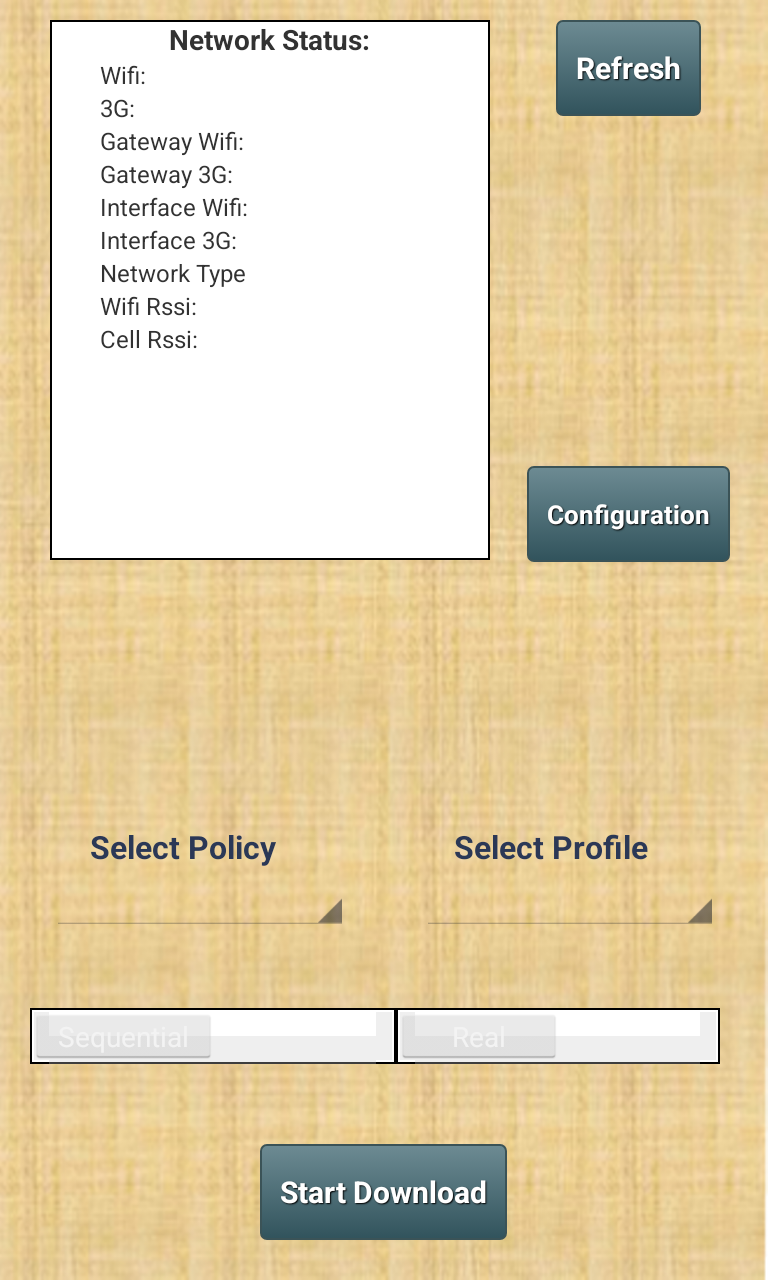
Repository: nncsang/Java-DynamicOffloading
Layout: Wifi3GProject/Wifi3GProject/res/layout/activity_main_2.xml
An editor plug-in stored every save of this project. The layout is shown before and after the next save, followed by the edit.
It is drawn on a 768 x 1280 px phone screen (xhdpi) without system bars, with theme AppTheme; the app's code is not run. The app's manifest (not shown) leaves right-to-left support off. So textAlignment, textDirection and layoutDirection are ignored, and left and right values win over start and end ones.

Above is the layout before, as saved 2016-02-04 08:44:28.

### Wifi3GProject/Wifi3GProject/res/layout/activity_main_2.xml
<LinearLayout xmlns:android="http://schemas.android.com/apk/res/android"
    xmlns:tools="http://schemas.android.com/tools"
    android:layout_width="match_parent"
    android:layout_height="match_parent"
    android:background="@drawable/image_5"
    android:orientation="vertical"
    tools:context="fr.eurecom.wifi3gproject.MainActivity" >

    <LinearLayout
        android:layout_width="match_parent"
        android:layout_height="wrap_content"
        android:layout_weight="1.5"
        android:orientation="horizontal" >

        <LinearLayout
            android:layout_width="220dp"
            android:layout_height="270dp"
            android:layout_marginTop="10dp"
            android:layout_marginLeft="25dp"
            android:background="@drawable/borders"
            android:orientation="vertical" >

            <TextView
                android:id="@+id/InfoStatusNetwork"
                android:layout_width="wrap_content"
                android:layout_height="wrap_content"
                android:layout_gravity="center_horizontal"
                android:text="@string/NetworkStatus"
                android:textStyle="bold" />

            <TextView
                android:id="@+id/textViewWifiIP"
                android:layout_width="wrap_content"
                android:layout_height="wrap_content"
                android:text="@string/Wifi"
                android:layout_marginLeft="25dp"
                android:textSize="12sp" />

            <TextView
                android:id="@+id/textView3GIP"
                android:layout_width="wrap_content"
                android:layout_height="wrap_content"
                android:text="@string/Cellular"
                android:layout_marginLeft="25dp"
                android:textSize="12sp" />

            <TextView
                android:id="@+id/textViewGatewayWifiIP"
                android:layout_width="wrap_content"
                android:layout_height="wrap_content"
                android:text="@string/GatewayWifi"
                android:layout_marginLeft="25dp"
                android:textSize="12sp" />

            <TextView
                android:id="@+id/TextViewGateway3GIP"
                android:layout_width="wrap_content"
                android:layout_height="wrap_content"
                android:text="@string/Gateway3G"
                android:layout_marginLeft="25dp"
                android:textSize="12sp" />

            <TextView
                android:id="@+id/TextViewInterfaceWifi"
                android:layout_width="wrap_content"
                android:layout_height="wrap_content"
                android:text="@string/InterfaceWifi"
                android:layout_marginLeft="25dp"
                android:textSize="12sp" />

            <TextView
                android:id="@+id/TextViewInterface3G"
                android:layout_width="wrap_content"
                android:layout_height="wrap_content"
                android:text="@string/Interface3G"
                android:layout_marginLeft="25dp"
                android:textSize="12sp" />

            <TextView
                android:id="@+id/TextViewNetworkType"
                android:layout_width="wrap_content"
                android:layout_height="wrap_content"
                android:text="@string/NetworkType"
                android:layout_marginLeft="25dp"
                android:textSize="12sp" />

            <TextView
                android:id="@+id/rssiWifi"
                android:layout_width="wrap_content"
                android:layout_height="wrap_content"
                android:text="@string/SignalStrengthWifi"
                android:layout_marginLeft="25dp"
                android:textSize="12sp" />

            <TextView
                android:id="@+id/rssiCell"
                android:layout_width="wrap_content"
                android:layout_height="wrap_content"
                android:text="@string/SignalStrengthCell"
                android:layout_marginLeft="25dp"
                android:textSize="12sp" />

        </LinearLayout>

        <LinearLayout
            android:layout_width="match_parent"
            android:layout_height="match_parent"
            android:orientation="vertical" >

            <Button
                android:id="@+id/Refresh"
                style="@style/btnStyle"
                android:layout_width="wrap_content"
                android:layout_height="wrap_content"
                android:layout_gravity="center_horizontal"
                android:layout_marginTop="10dp"
                android:text="Refresh" />

            <TextView
                android:id="@+id/arrivalRate"
                android:layout_width="wrap_content"
                android:layout_height="wrap_content"
                android:layout_marginLeft="25dp"
                android:layout_marginTop="8dp"
                android:text="Arrival Rate (λ)"
                android:textColor="#2B3856"
                android:textSize="13sp"
                android:textStyle="bold"
                android:typeface="sans"
                android:visibility="invisible" />

            <EditText
                android:id="@+id/editArrivalRate"
                android:layout_width="100dp"
                android:layout_height="25dp"
                android:layout_gravity="center_horizontal"
                android:layout_marginTop="4dp"
                android:background="@drawable/borders2"
                android:gravity="center_horizontal|center_vertical"
                android:inputType="numberDecimal"
                android:textSize="15sp"
                android:visibility="invisible" />

            <TextView
                android:id="@+id/wifiOnDuration"
                android:layout_width="wrap_content"
                android:layout_height="wrap_content"
                android:layout_marginLeft="18dp"
                android:layout_marginTop="8dp"
                android:text="Wifi On Duration (s)"
                android:textColor="#2B3856"
                android:textSize="13sp"
                android:textStyle="bold"
                android:typeface="sans"
                android:visibility="invisible" />

            <EditText
                android:id="@+id/editwifiOnDuration"
                android:layout_width="100dp"
                android:layout_height="25dp"
                android:layout_gravity="center_horizontal"
                android:layout_marginTop="4dp"
                android:background="@drawable/borders2"
                android:gravity="center_horizontal|center_vertical"
                android:inputType="numberDecimal"
                android:textSize="15sp"
                android:visibility="invisible" />

            <TextView
                android:id="@+id/wifiOffDuration"
                android:layout_width="wrap_content"
                android:layout_height="wrap_content"
                android:layout_marginLeft="18dp"
                android:layout_marginTop="8dp"
                android:text="Wifi Off Duration (s)"
                android:textColor="#2B3856"
                android:textSize="13sp"
                android:textStyle="bold"
                android:typeface="sans"
                android:visibility="invisible" />

            <EditText
                android:id="@+id/editwifiOffDuration"
                android:layout_width="100dp"
                android:layout_height="25dp"
                android:layout_gravity="center_horizontal"
                android:layout_marginTop="4dp"
                android:background="@drawable/borders2"
                android:gravity="center_horizontal|center_vertical"
                android:inputType="numberDecimal"
                android:textSize="15sp"
                android:visibility="invisible" />

            <Button
                android:id="@+id/configuration"
                style="@style/btnStyle"
                android:layout_width="wrap_content"
                android:layout_height="wrap_content"
                android:layout_gravity="center_horizontal"
                android:layout_marginTop="10dp"
                android:layout_marginBottom="10dp"
                android:onClick="SetConfigurationListener"
                android:text="Configuration"
                android:textSize="13sp"
                android:typeface="sans" />
        </LinearLayout>

    </LinearLayout>

    <LinearLayout
        android:layout_width="match_parent"
        android:layout_height="wrap_content"
        android:orientation="horizontal" >

        <TextView
            android:layout_width="wrap_content"
            android:layout_height="wrap_content"
            android:layout_marginLeft="45dp"
            android:text="Select Policy"
            android:typeface="sans"
            android:textSize="16sp"
            android:textColor="#2B3856"
            android:textStyle="bold" />

        <TextView
            android:layout_width="wrap_content"
            android:layout_height="wrap_content"
            android:layout_marginLeft="89dp"
            android:text="Select Profile"
            android:typeface="sans"
            android:textSize="16sp"
            android:textColor="#2B3856"
            android:textStyle="bold" />
    </LinearLayout>

    <LinearLayout
        android:layout_width="match_parent"
        android:layout_height="70dp"
        android:orientation="horizontal" >

        <Spinner
            android:id="@+id/spinner1"
            android:layout_width="150dp"
            android:layout_height="wrap_content"
            android:layout_marginLeft="25dp" />

        <Spinner
            android:id="@+id/spinner2"
            android:layout_width="150dp"
            android:layout_height="wrap_content"
            android:textAlignment="gravity"
            android:layout_marginLeft="35dp"/>
    </LinearLayout>

    <LinearLayout
        android:layout_width="wrap_content"
        android:layout_height="wrap_content" >

	    <Switch
	        android:id="@+id/switch1"
	        android:layout_width="wrap_content"
	        android:layout_height="wrap_content"
	        android:layout_marginTop="20dp"
	        android:layout_marginLeft="15dp"
	        android:layout_gravity="center_horizontal"
	        android:background="@drawable/borders"
	        android:textOff="Sequential"
	        android:textOn="Parallel" />
	    <Switch
	        android:id="@+id/switch2"
	        android:layout_width="wrap_content"
	        android:layout_height="wrap_content"
	        android:layout_marginTop="20dp"
	        android:layout_gravity="center_horizontal"
	        android:background="@drawable/borders"
	        android:textOff="Real"
	        android:textOn="Simulate" />
   	</LinearLayout>
    <Button
        android:id="@+id/StartDownload"
        style="@style/btnStyle"
        android:layout_width="wrap_content"
        android:layout_height="wrap_content"
        android:layout_marginTop="20dp"
        android:layout_marginBottom="20dp"
        android:layout_gravity="center_horizontal"
        android:text="Start Download" />

</LinearLayout>

### Wifi3GProject/Wifi3GProject/res/values/styles.xml
<resources xmlns:android="http://schemas.android.com/apk/res/android">

    <!--
        Base application theme, dependent on API level. This theme is replaced
        by AppBaseTheme from res/values-vXX/styles.xml on newer devices.
    -->
    <style name="AppBaseTheme" parent="android:Theme.Light">
        <!--
            Theme customizations available in newer API levels can go in
            res/values-vXX/styles.xml, while customizations related to
            backward-compatibility can go here.
        -->
    </style>

    <!-- Application theme. -->
    <style name="AppTheme" parent="AppBaseTheme">
        <!-- All customizations that are NOT specific to a particular API-level can go here. -->
    </style>



    <style name="btnStyle" parent="@android:style/Widget.Button">
       <item name="android:textSize">15sp</item>
       <item name="android:textStyle">bold</item>
       <item name="android:textColor">#FFFFFF</item>
       <item name="android:gravity">center</item>
       <item name="android:shadowColor">#000000</item>
       <item name="android:shadowDx">1</item>
       <item name="android:shadowDy">1</item>
       <item name="android:shadowRadius">0.6</item>
       <item name="android:background">@drawable/custom_btn</item>
       <item name="android:padding">10dip</item>
   </style>

    <style name="customtheme" parent="@android:style/Theme.Light">
        <item name="android:spinnerItemStyle">@style/SpinnerItem</item>
        <item name="android:spinnerDropDownItemStyle">@style/SpinnerDropDownItem</item>
    </style>
    <style name="SpinnerItem">
        <item name="android:textColor">#FFFFFF</item>
        <item name="android:background">@drawable/custom_btn</item>
    </style>
    <style name="SpinnerDropDownItem">
        <item name="android:textColor">#FFFFFF</item>
        <item name="android:background">@drawable/custom_btn</item>
    </style>


</resources>

### Wifi3GProject/Wifi3GProject/res/drawable-hdpi/borders.xml
<?xml version="1.0" encoding="utf-8"?>
 <layer-list xmlns:android="http://schemas.android.com/apk/res/android">
  <item>
    <shape android:shape="rectangle">
      <solid android:color="#000000" />
    </shape>
  </item>
    <item android:left="1dp" android:right="1dp"  android:top="1dp" android:bottom="1dp">
     <shape android:shape="rectangle">
      <solid android:color="#FFFFFF" />
    </shape>
   </item>
 </layer-list>

### Wifi3GProject/Wifi3GProject/res/values/strings.xml
<?xml version="1.0" encoding="utf-8"?>
<resources>

    <string name="app_name">Mobile Data Offloading</string>
    <string name="action_settings">Settings</string>
    <string name="DualMode">Dual Mode Wifi - Cell (ON/OFF)</string>
    <string name="DelayWifi">Delay Wifi</string>
    <string name="Parallel">Parallel</string>
    <string name="StartDownload">Start Download</string>
    <string name="StopDownload">Stop Download</string>
    <string name="Threshold_Policy">Selected Policy:</string>
    <string name="Warm_Up_Wifi">Wifi Warm-Up</string>
    <string name="Warm_Up_Cell">Cell Warm-Up</string>
    <string name="Only_Wifi">Wifi-only</string>
    <string name="Only_3G">Cell-only</string>
    <string name="fbalance">Flow Balance</string>
    <string name="Policy">TP</string>
    <string name="NetworkStatus">Network Status:</string>
    <string name="Wifi">Wifi:</string>
    <string name="Cellular">3G:</string>
    <string name="GatewayWifi">Gateway Wifi:</string>
    <string name="Gateway3G">Gateway 3G:</string>
    <string name="InterfaceWifi">Interface Wifi:</string>
    <string name="Interface3G">Interface 3G:</string>
    <string name="Refresh">Refresh</string>
    <string name="NetworkType">Network Type</string>
    <string name="SignalStrengthWifi">Wifi Rssi:</string>
    <string name="SignalStrengthCell">Cell Rssi:</string>

    <string-array name="policies">
        <item>--SELECT--</item>
        <item>Warm Up</item>
        <item>Threshold Policy</item>
        <item>Only WiFi</item>
        <item>Only Cellular</item>
        <item>Flow Balance</item>
    </string-array>
    <string-array name="profiles">
        <item>--SELECT--</item>
        <item>Warm Up List</item>
        <item>Burst Mode</item>
        <item>Arrival Pattern</item>
        <item>Arrival &amp; WiFi Pattern</item>
    </string-array>

</resources>

### Wifi3GProject/Wifi3GProject/res/drawable-hdpi/borders2.xml
<?xml version="1.0" encoding="utf-8"?>
<shape xmlns:android="http://schemas.android.com/apk/res/android" >

    <solid android:color="#FFFFFF" />

    <stroke
        android:width="2dp"
        android:color="#2f6699" />
    <corners
        android:topLeftRadius="5dp"
        android:topRightRadius="5dp"
        android:bottomLeftRadius="5dp"
        android:bottomRightRadius="5dp"
        />
</shape>

### Wifi3GProject/Wifi3GProject/res/drawable-hdpi/custom_btn.xml
<?xml version="1.0" encoding="utf-8"?>
<selector xmlns:android="http://schemas.android.com/apk/res/android" >
     <item android:state_pressed="true" >
         <shape android:shape="rectangle"  >
             <corners android:radius="3dip" />
             <stroke android:width="1dip" android:color="#3b5357" />
             <gradient  android:angle="-90"  android:startColor="#151f22" android:endColor="#576f75"  />
         </shape>
     </item>
    <item android:state_focused="true">
         <shape android:shape="rectangle"  >
             <corners android:radius="3dip" />
             <stroke android:width="1dip" android:color="#3b5357" />
             <solid  android:color="#31535c"/>
         </shape>
     </item>
    <item >
        <shape android:shape="rectangle"  >
             <corners android:radius="3dip" />
             <stroke android:width="1dip" android:color="#3b5357" />
             <gradient  android:angle="-90"  android:startColor="#6d8b93" android:endColor="#31535c" />
         </shape>
     </item>
</selector>

Loaded but not shown: Wifi3GProject/Wifi3GProject/res/values-v11/styles.xml (common file); Wifi3GProject/Wifi3GProject/res/values-v14/styles.xml (common file)

After the next save:
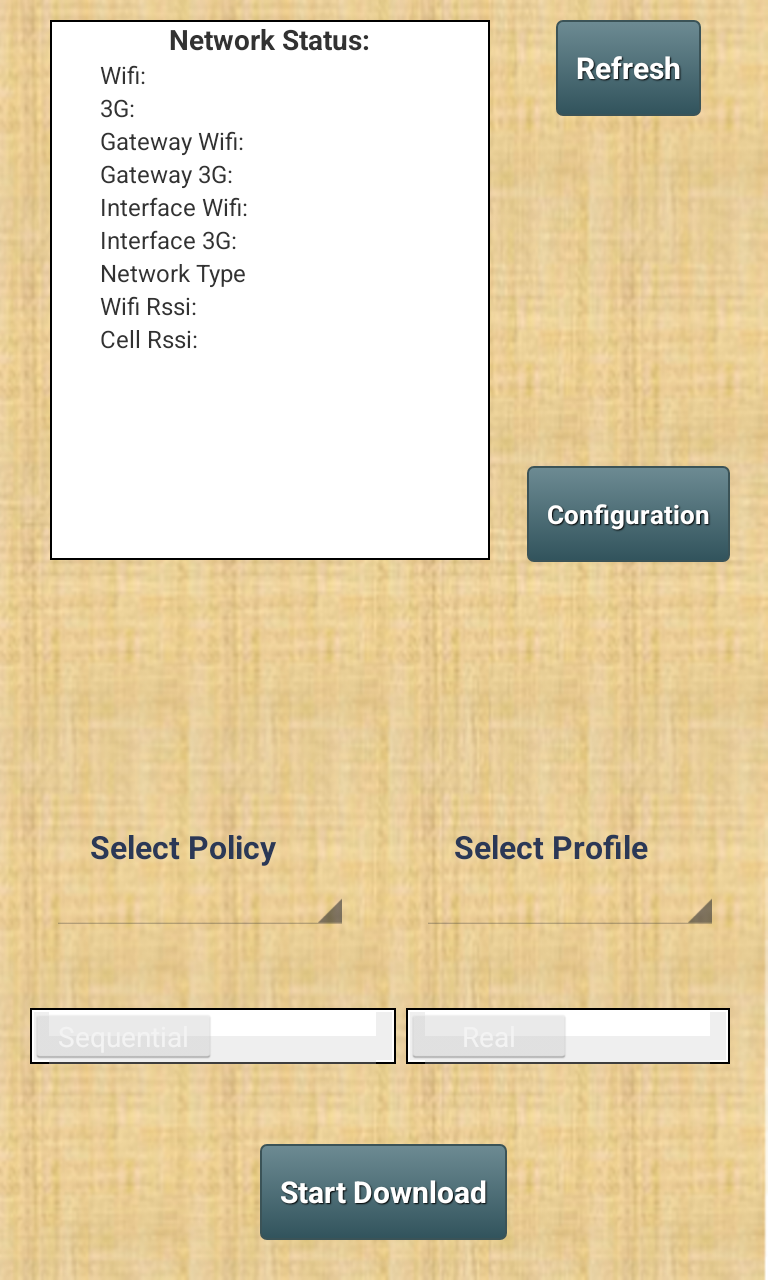
Saved 13 s later.
--- a/Wifi3GProject/Wifi3GProject/res/layout/activity_main_2.xml
+++ b/Wifi3GProject/Wifi3GProject/res/layout/activity_main_2.xml
@@ -271,6 +271,7 @@
 	        android:layout_width="wrap_content"
 	        android:layout_height="wrap_content"
 	        android:layout_marginTop="20dp"
+	        android:layout_marginLeft="5dp"
 	        android:layout_gravity="center_horizontal"
 	        android:background="@drawable/borders"
 	        android:textOff="Real"
